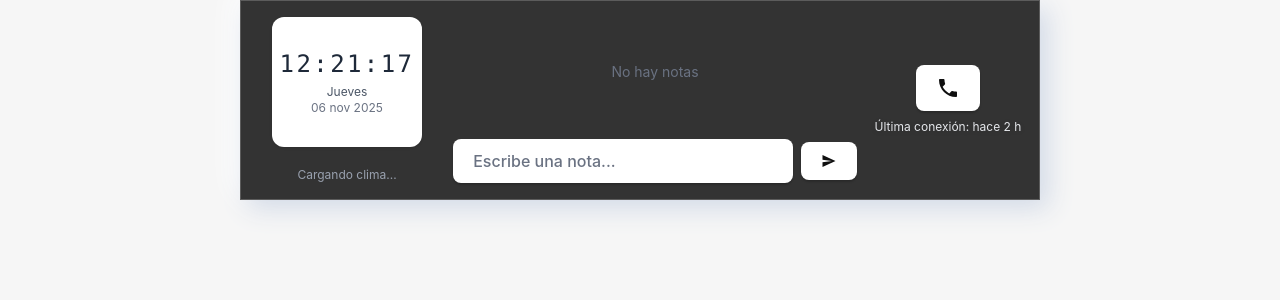
Repository: CodeByEvans/my-romantic-widget
Page: /
These files come from the project's save history. The page is drawn as it stood at one moment and after a run of saves; the edit follows.
The browser window is 1280 px wide. The pictures show the whole page.
The page's requests for data from a server got no answer. The project was rebuilt for these pictures with package versions that can differ from the ones it lists, and the page was loaded fresh each time. No one was signed in, and anything a server would have sent is missing. Also part of the build but not shown: vite.config.ts.

Above is the page before, as saved 2025-11-06 14:25:54.

After the next 3 saves:
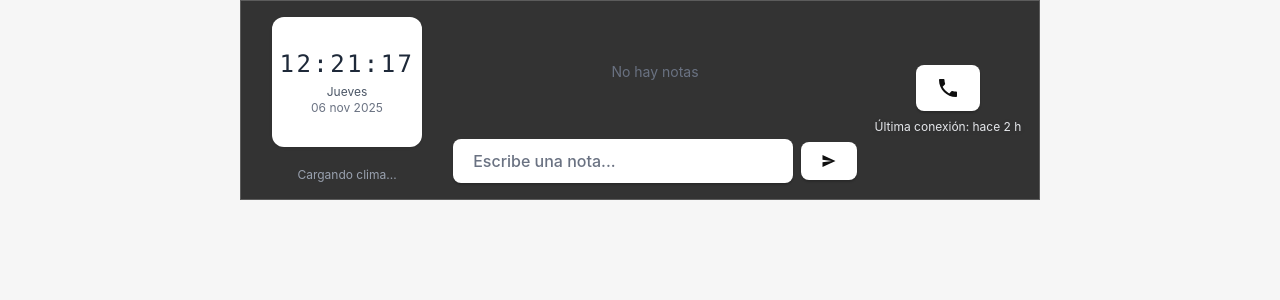
The 3 saves are shown as one change because they came seconds apart.
The last was saved 49 s later.
--- a/src/App.tsx
+++ b/src/App.tsx
@@ -10,7 +10,7 @@ function App() {
     <main
       data-tauri-drag-region
       className="w-[800px] h-[200px] mx-auto flex items-center justify-between gap-4
-             bg-[#2f2f2f]/98 backdrop-blur-4xl backdrop-saturate-150 border border-white/20 shadow-[8px_8px_25px_#d1d9e6,-8px_-8px_25px_#ffffff]
+             bg-[#2f2f2f]/98 backdrop-blur-4xl backdrop-saturate-150 border border-white/20
              p-4 text-gray-800"
     >
       {/* Clima + Reloj */}
